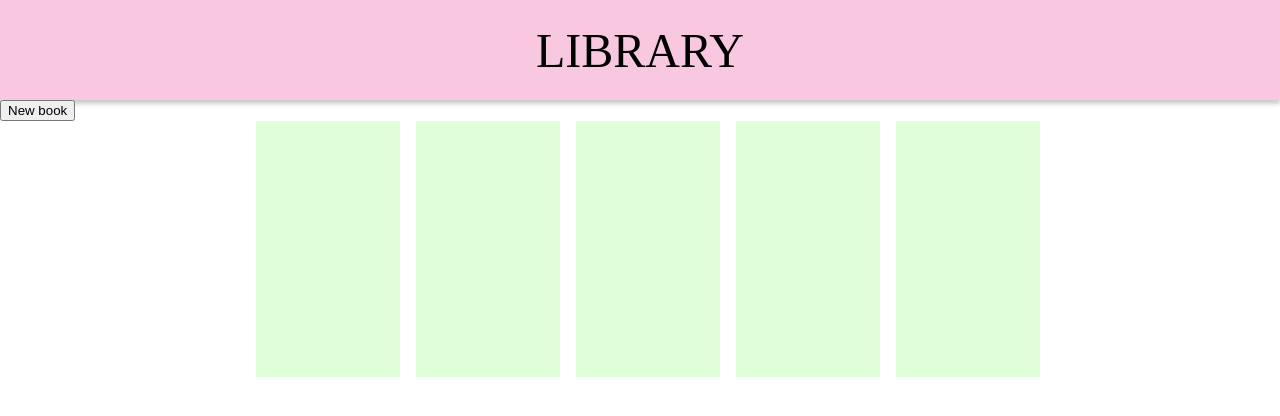
Repository: yeetzpxoci/library
Page: index.html
The author's editor kept a copy of each file at every save. The page is drawn from the files as they stood at one save, then again after the next save.
The browser window is 1280 px wide. The pictures show the whole page.
Some web fonts or font styles are not loaded; a fallback is used.

Above is the page before, as saved 2023-02-21 14:49:31.

After the next save:
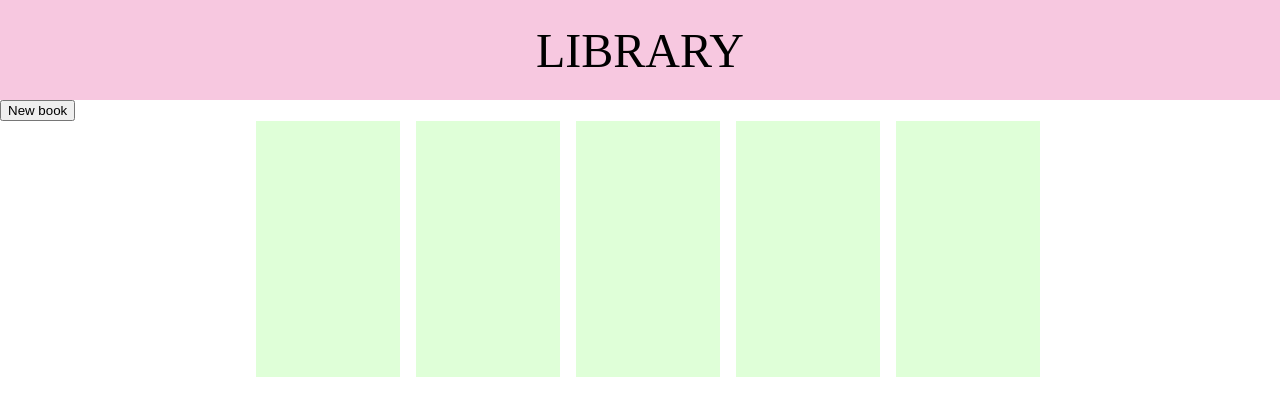
Saved 83 s later.
--- a/styles.css
+++ b/styles.css
@@ -15,7 +15,7 @@ body {
     width: 100%;
     height: 100px;
     background-color: #F7C8E0;
-    box-shadow: 0 4px 4px rgba(0, 0, 0, 0.2);
+    shadow: rgba(0, 0, 0, 0.16) 0px 1px 4px;
 }
 
 .header p {
